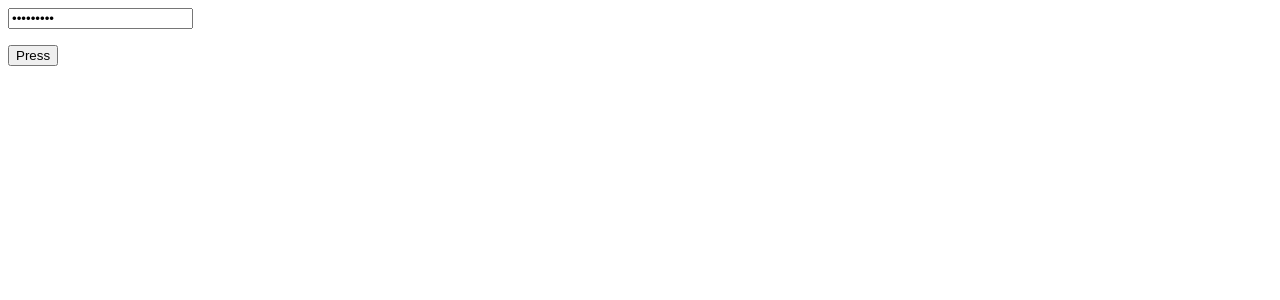
Repository: qtqqrdy13/password-checker
Page: index.html
An editor plug-in stored every save of this project. The page is shown before and after the next save, followed by the edit.
The browser window is 1280 px wide. The pictures show the whole page.
Empty fields were first filled with sample values (such as "Sample", 5 or name@example.com).
After loading, the first visible `#inputPassword` was changed once.

Above is the page before, as saved 2025-01-02 19:30:56.

After the next save:
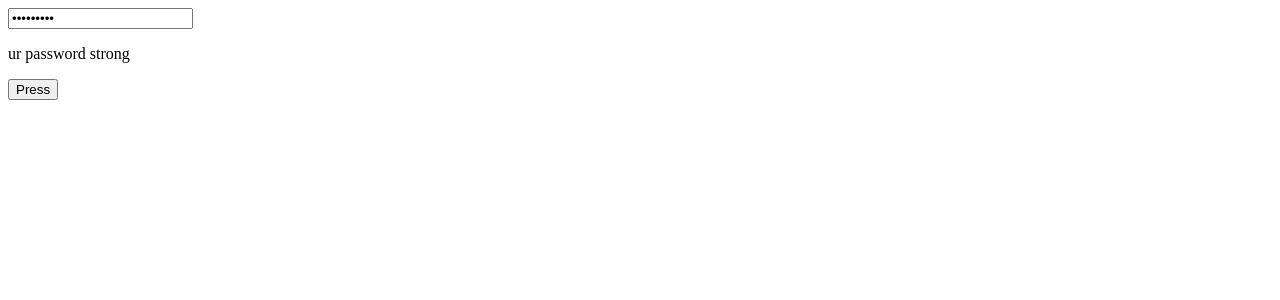
Saved 2 min 44 s later.
--- a/script.js
+++ b/script.js
@@ -16,12 +16,12 @@ const easyHardPass = document.getElementById("checkPass");
 input.oninput = () => {
     const checker = input.value;
     if (input.length < 6) {
-        alert("Ur password to short,try again!");
+        easyHardPass.textContent = "Ur password to short,try again!";
     }
     else if (checker.match(/^[a-zA-Z0-9!@#$%^&*]{6,16}$/)) {
-        alert("you have a strong password");
+        easyHardPass.textContent = "ur password strong"
     }
     else {
-        alert("its okay,but you can better");
+        easyHardPass.textContent = "its okay,but you can better";
     }
 }
